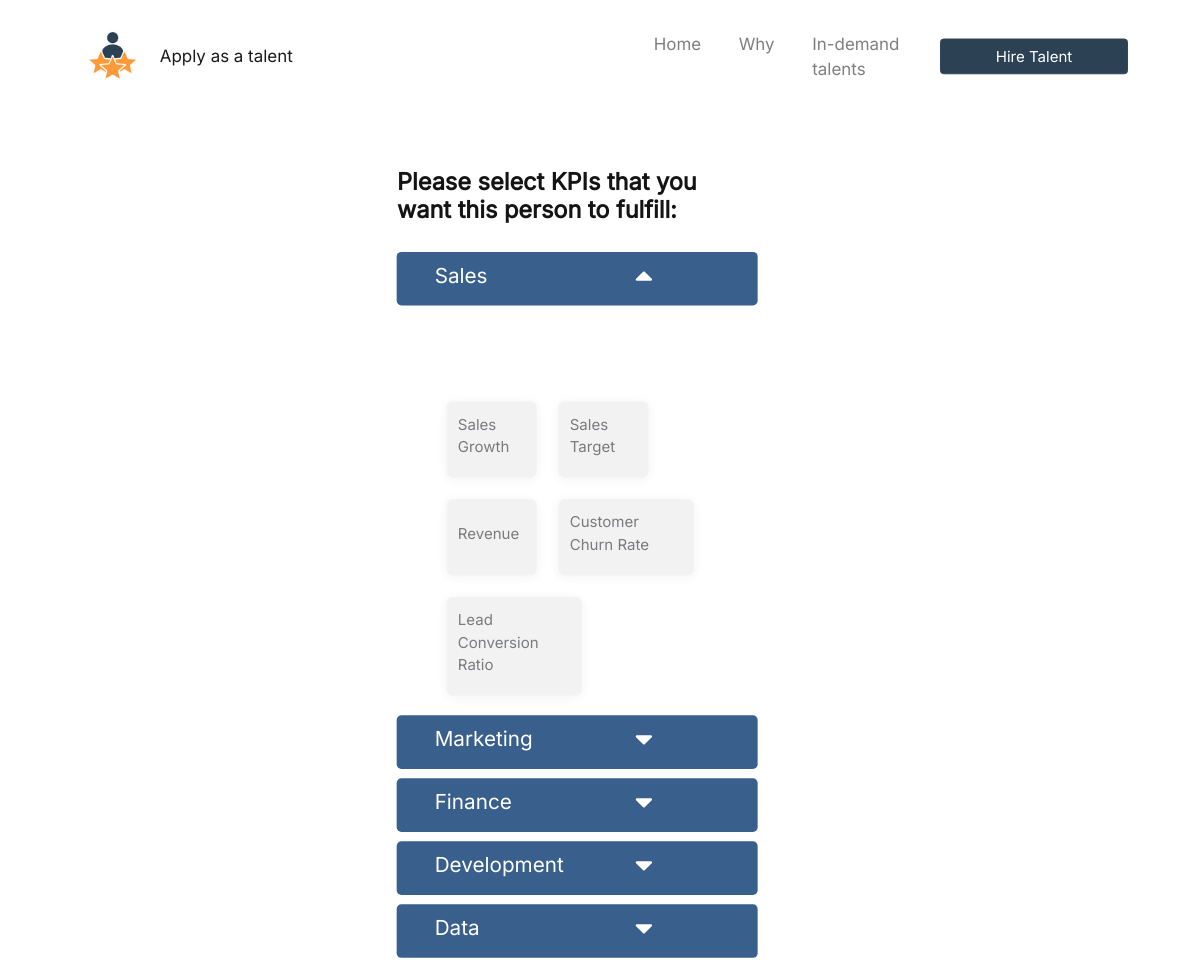
Repository: Ashwe9/talent-hire-reactJs
Page: /kpis, after clicking the first element matching `div.dropdown-box`
These files come from the project's save history. The page is drawn as it stood at one moment and after the next save; the edit follows.
The browser window is 1280 px wide. The pictures show the whole page, at 94% of full size.
The project was rebuilt for these pictures with package versions that can differ from the ones it lists, and the page was loaded fresh each time. A package was used in the major version that the imports need, not the one package.json lists. Also part of the build but not shown: src/homePage/components/TrustedBy/TrustedBy.css, src/homePage/components/TrustedBy/TrustedBy.js, src/homePage/components/Roles/Roles.js, src/homePage/components/homePageFooter/HomePageFooter.css, src/homePage/components/homePageFooter/HomePageFooter.js, src/homePage/HomePage.js, src/projectDetails/ProjectDetails.js.

Above is the page before, as saved 2022-08-18 16:21:59.

After the next save:
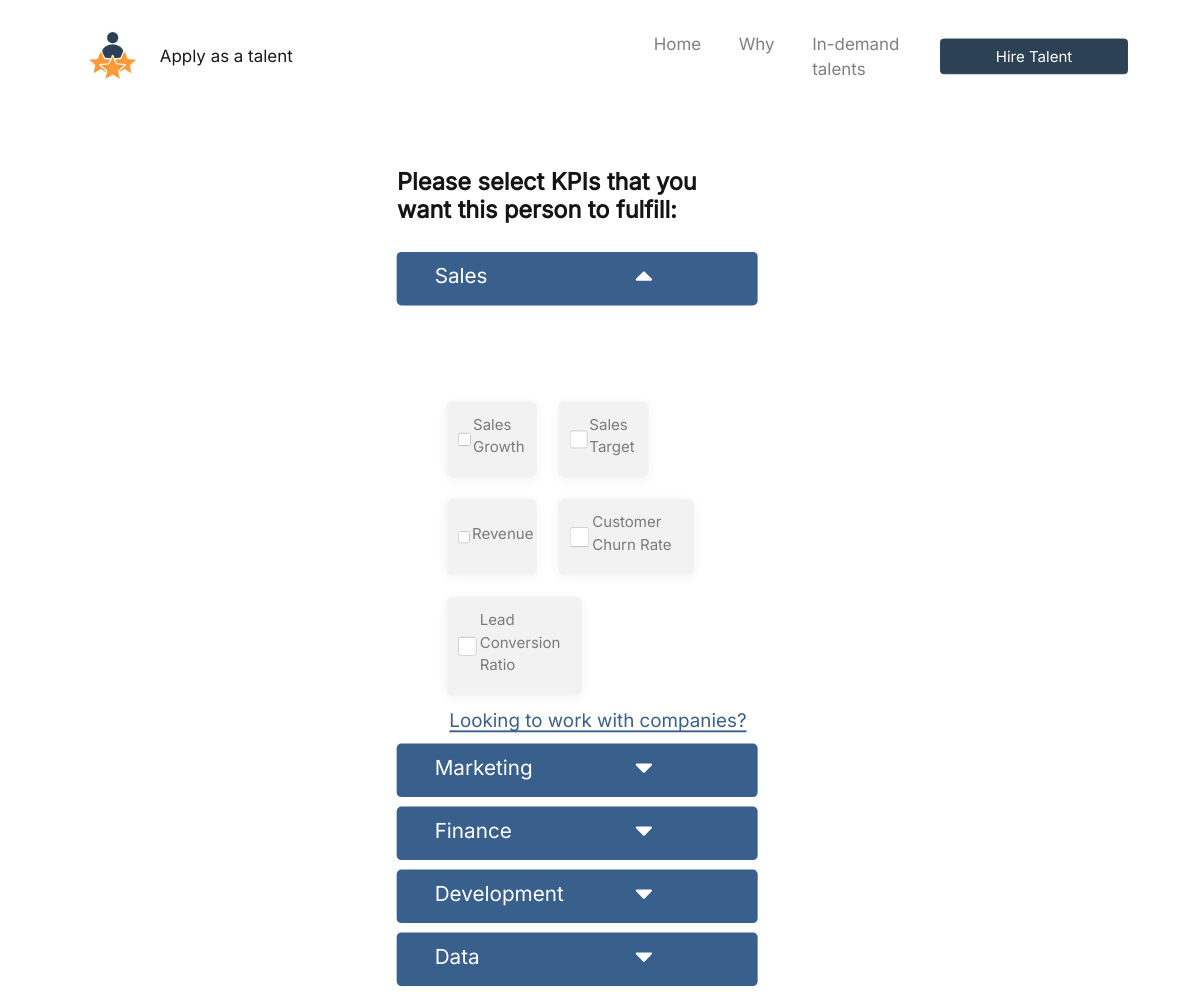
Saved 48 s later.
--- a/src/kpisPage/Talents.js
+++ b/src/kpisPage/Talents.js
@@ -28,26 +28,32 @@ const Talents = ({title}) => {
           <form className='check-form'>
             <div className='row'>
               <div className={`col-2 ${checked_1 ? "role-item-active" : "role-item"}`}>
+                <input type="checkbox" id="role_1" name="role_1" className='role-check' onClick={handle_1}/>
                 <label for="role_1" className={`${checked_1 ? "role-item-paragraph-active" : "role-item-paragraph"}`}>Sales Growth</label>
               </div>
               <div className={`col-2 ${checked_2 ? "role-item-active" : "role-item"}`}>
+                <input type="checkbox" id="role_2" name="role_2"  className='role-check' onClick={handle_2}/>
                 <label for="role_2" className={`${checked_2 ? "role-item-paragraph-active" : "role-item-paragraph"}`}>Sales Target</label>
               </div>
             </div>
             <div className='row'>
               <div className={`col-2 ${checked_3 ? "role-item-active" : "role-item"}`}>
+                <input type="checkbox" id="role_3" name="role_3" className='role-check' onClick={handle_3}/>
                 <label for="role_3" className={`${checked_3 ? "role-item-paragraph-active" : "role-item-paragraph"}`}>Revenue</label>
               </div>
               <div className={`col-3 ${checked_4 ? "role-item-active" : "role-item"}`}>
+                <input type="checkbox" id="role_4" name="role_4" className='role-check' onClick={handle_4}/>
                 <label for="role_4" className={`${checked_4 ? "role-item-paragraph-active" : "role-item-paragraph"}`}>Customer Churn Rate</label>
               </div>
             </div>
             <div className='row'>
               <div className={`col-3 ${checked_5 ? "role-item-active" : "role-item"}`}>
+                <input type="checkbox" id="role_5" name="role_5" className='role-check' onClick={handle_5}/>
                 <label for="role_5" className={`${checked_5 ? "role-item-paragraph-active" : "role-item-paragraph"}`}>Lead Conversion Ratio</label>
               </div>
             </div>
           </form>
+          <a href='#' className='roles-question'>Looking to work with companies?</a>
         </div>
 
       )
